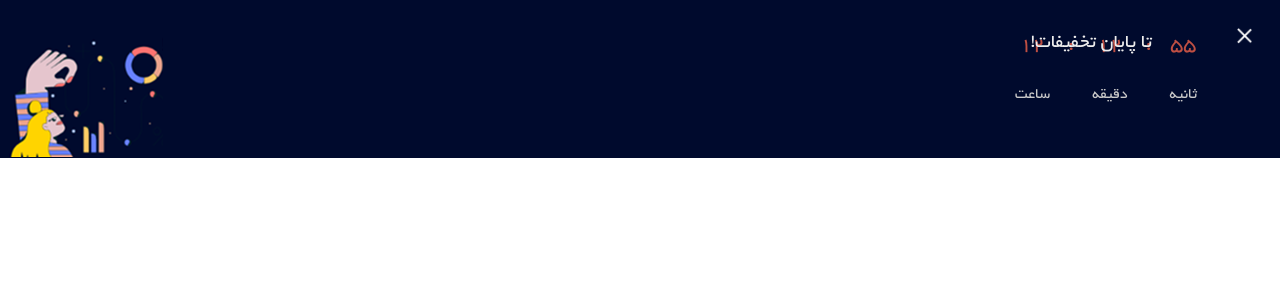
Repository: sinafath/fradars
Page: /
These files come from the project's save history. The page is drawn as it stood at one moment and after the next save; the edit follows.
The browser window is 1280 px wide. The pictures show the whole page.
The project was rebuilt for these pictures with package versions that can differ from the ones it lists, and the page was loaded fresh each time. The framework's server and built-in components were replaced by stand-ins that run in the browser. Also part of the build but not shown: next.config.ts.

Above is the page before, as saved 2025-09-21 18:07:44.

After the next save:
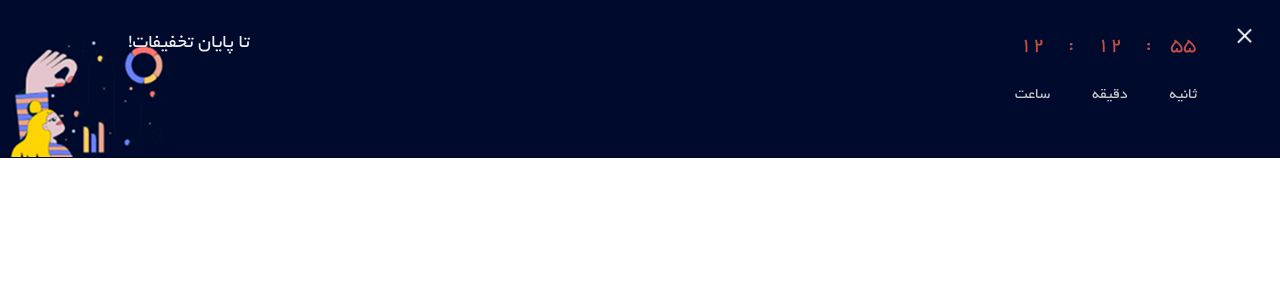
Saved 9 s later.
--- a/src/app/page.tsx
+++ b/src/app/page.tsx
@@ -38,7 +38,7 @@
           </Column >
 
         </Row>
-        <p className=" absolute top-[29px] right-[128px] text-[#EDEDED] text-[20px]">تا پایان تخفیفات!</p>
+        <p className=" absolute top-[29px] end-[128px] text-[#EDEDED] text-[20px]">تا پایان تخفیفات!</p>
       </div>
     </div>
   );
